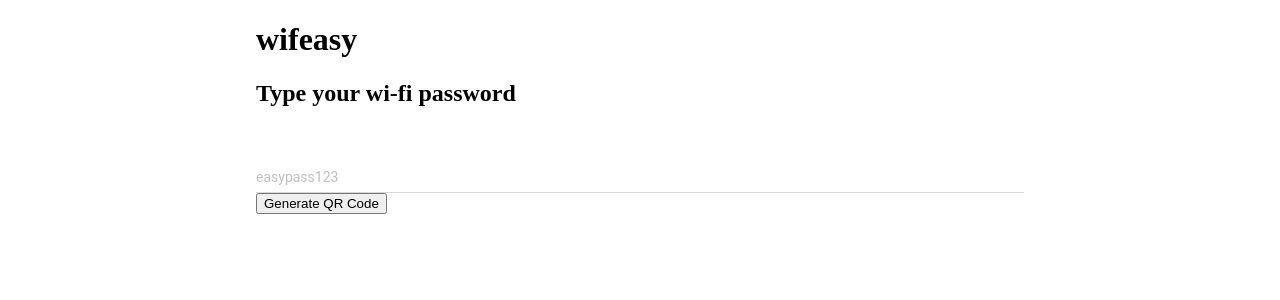
Repository: akagabi/wifeasy
Page: index.html
An editor plug-in stored every save of this project. The page is shown before and after the next save, followed by the edit.
The browser window is 1280 px wide. The pictures show the whole page.

Above is the page before, as saved 2018-12-25 12:44:00.

### index.html
<!DOCTYPE html>
<html lang="en">
<head>
    <meta charset="UTF-8">
    <meta name="viewport" content="width=device-width, initial-scale=1.0">
    <meta http-equiv="X-UA-Compatible" content="ie=edge">
    <title>Wifeasy</title>
    <link rel="stylesheet" href="style.css">
    <script src="index.js"></script>
</head>
<body>
    <header class="header">
        <h1 class="header__title">
            wifeasy
        </h1>
    </header>
    <section class="steps">
        <article class="steps__container">
            <form class="form">
                <h2 class="steps__title">
                    Type your wi-fi password
                </h2>
                <label class="input__wrapper">
                    <div class="input__container">
                        <input type="text" class="input" placeholder="easypass123">
                        <div class="input__line"></div>
                        <span class="input__placeholder">
                            easypass123
                        </span>
                    </div>
                </label>
                <button type="button">
                    Generate QR Code
                </button>
            </form>
        </article>
        <article class="steps__container hidden">

        </article>
    </section>
</body>
</html>

### style.css
body {
    margin: 0 auto;
    max-width: 768px;
}

.input__wrapper {
    display: block;
}

  .input {
    font-family: "Roboto";
    background-color: transparent;
    border: 0;
    color: #333333;
    font-size: 32px;
    line-height: 1.13;
    margin-top: 23px;
    outline: none;
    margin-bottom: 5px;
    position: relative;
    transition: border 0.125s ease-in-out;
    width: 100%;
  }
  .input::placeholder {
    color: transparent;
  }

  .input:placeholder-shown + .input__line::after {
    width: 0;
  }

  .input:placeholder-shown ~ .input__placeholder {
    font-size: 14px;
    opacity: 0.25;
    transform: translateY(0);
  }

  .input__container {
    position: relative;
  }

  .input__line {
    background-color: rgba(102, 102, 102, 0.25);
    bottom: 0;
    height: 1px;
    left: 0;
    position: absolute;
    right: 0;
  }

  .input__line::after {
    background-color: #00a2b5;
    content: "";
    position: absolute;
    left: 0;
    height: 2px;
    bottom: 0;
    width: 100%;
    transition: width 0.325s ease-in-out;
  }

  .input__wrapper {
    display: block;
  }

  .input__placeholder {
    font-family: "Roboto";
    bottom: 8px;
    left: 0;
    position: absolute;
    opacity: 0;
    pointer-events: none;
    transition: all 0.125s ease-in-out;
  }

Loaded but not shown: index.js (no copy from this time; the picture is the same without it)

After the next save:
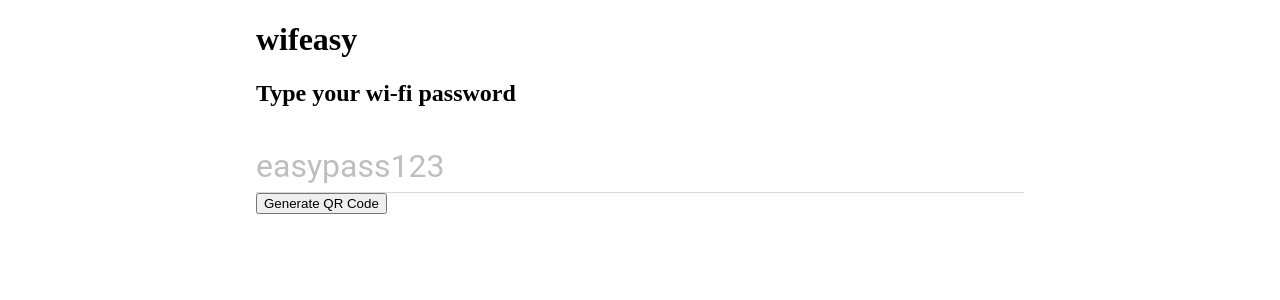
Saved 11 s later.
--- a/style.css
+++ b/style.css
@@ -30,7 +30,7 @@
   }
 
   .input:placeholder-shown ~ .input__placeholder {
-    font-size: 14px;
+    font-size: 32px;
     opacity: 0.25;
     transform: translateY(0);
   }
